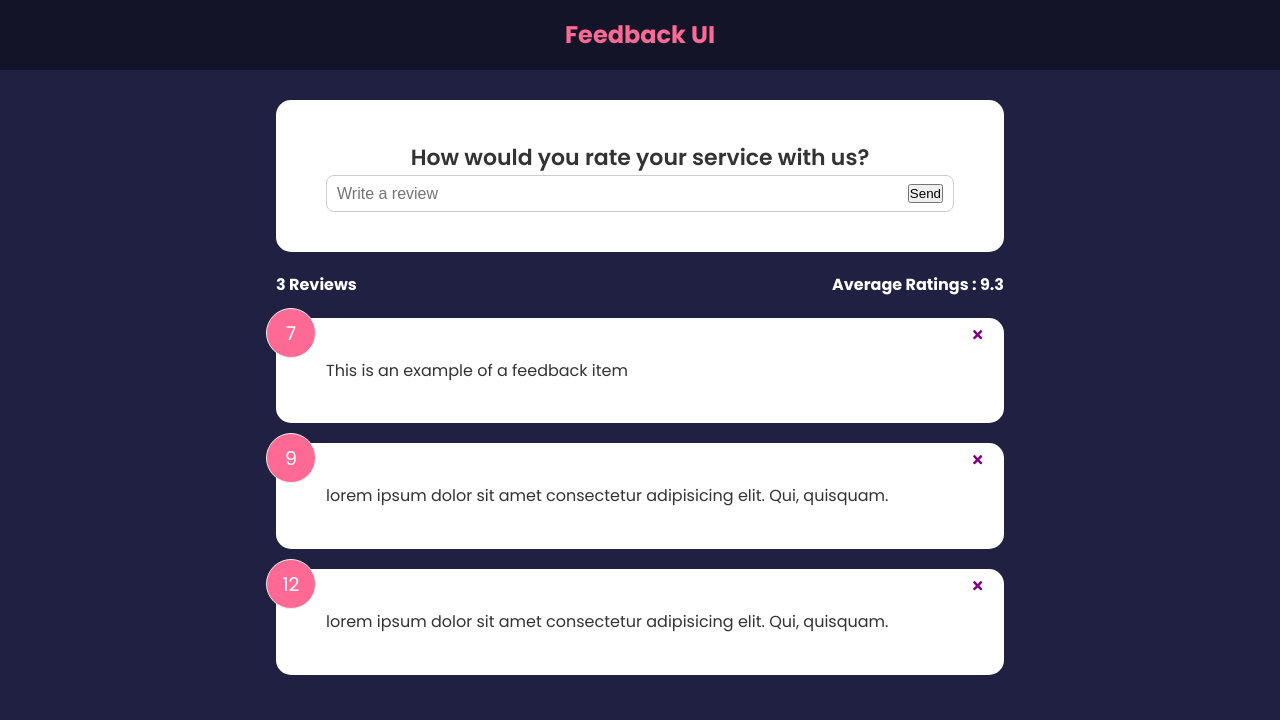
Repository: bayorwor/feedbackapp
Page: /
An editor plug-in stored every save of this project. The page is shown before and after the next save, followed by the edit.
The browser window is 1280 px wide. The pictures show the whole page.
The project was rebuilt for these pictures with package versions that can differ from the ones it lists, and the page was loaded fresh each time.

Above is the page before, as saved 2022-01-30 19:31:13.

After the next save:
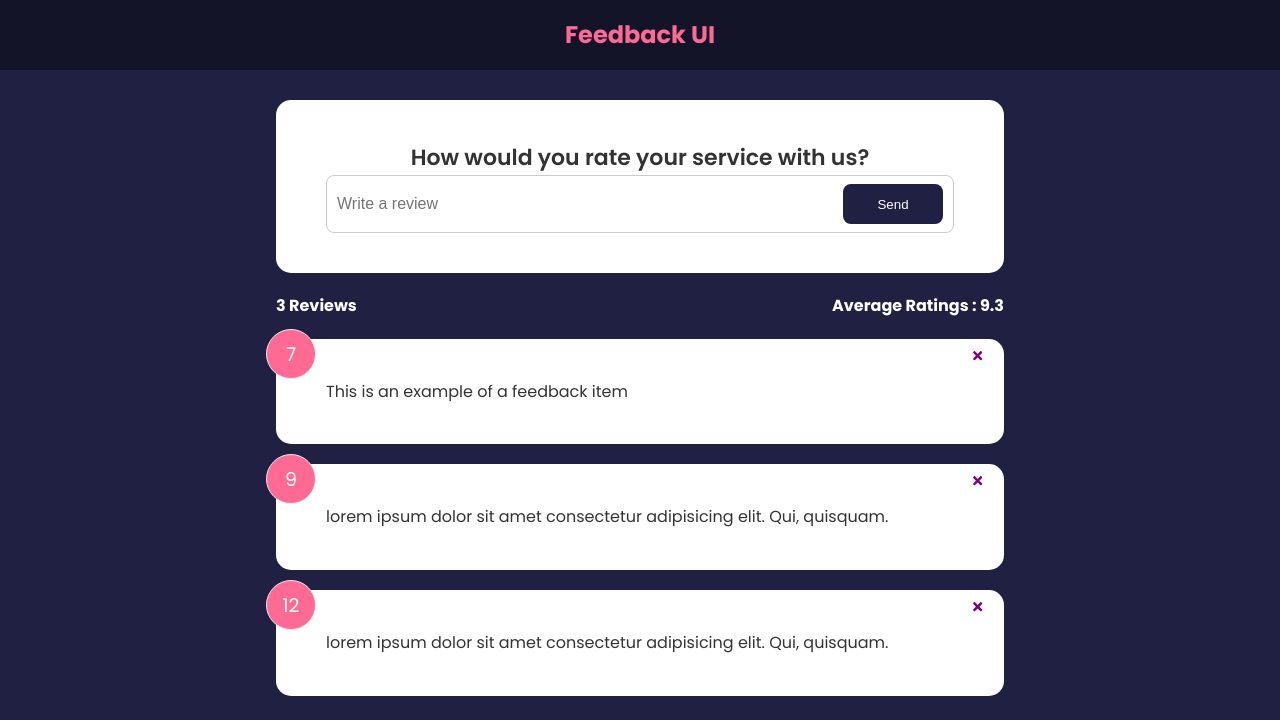
Saved 75 s later.
--- a/src/components/FeedbackForm.jsx
+++ b/src/components/FeedbackForm.jsx
@@ -1,5 +1,6 @@
 import { useState } from "react";
 import Card from "./shared/Card";
+import Button from "./shared/Button";
 
 function FeedbackForm() {
   const [text, setText] = useState("");
@@ -19,7 +20,7 @@ function FeedbackForm() {
             type="text"
             placeholder="Write a review"
           />
-          <button type="submit">Send</button>
+          <Button type="submit">Send</Button>
         </div>
       </form>
     </Card>
